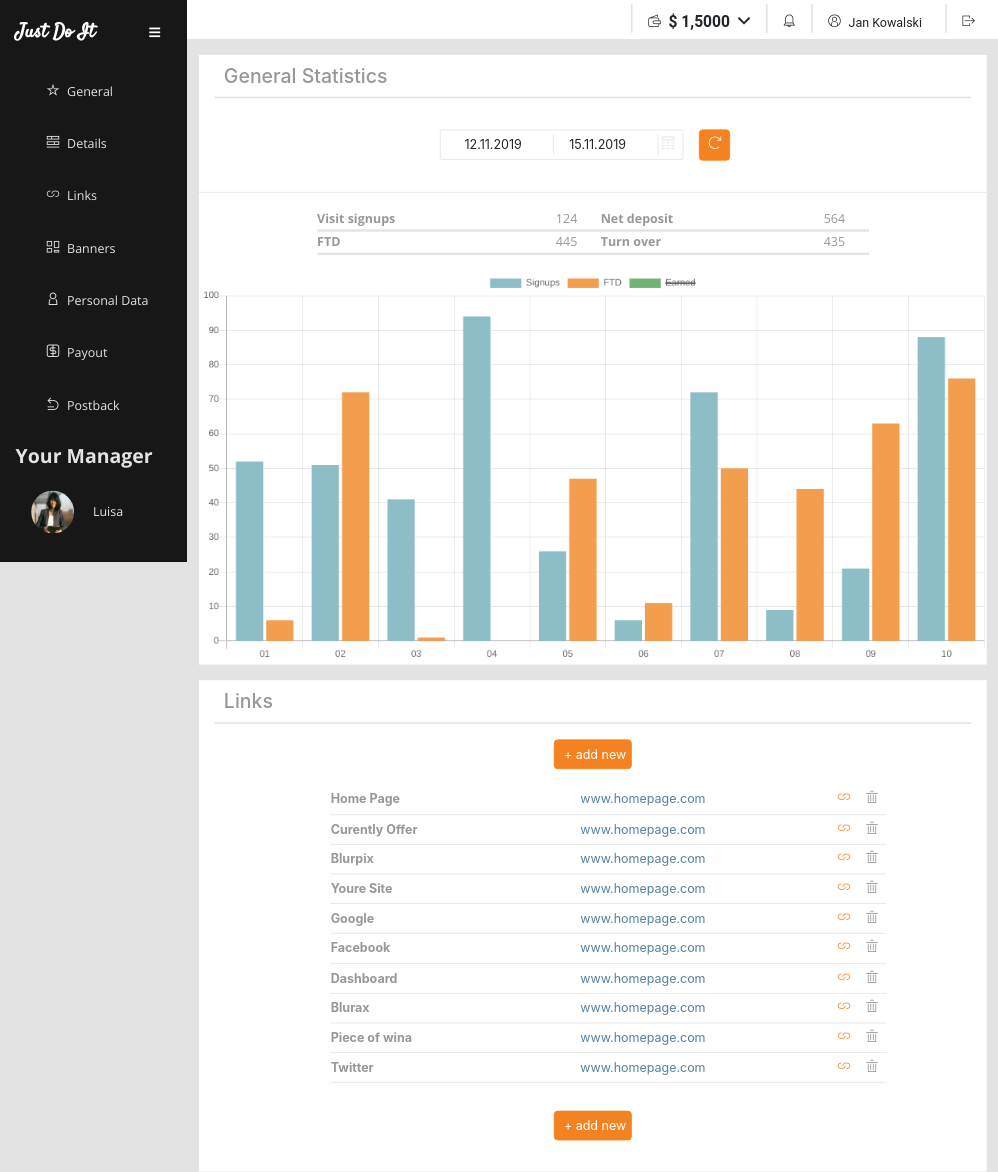
Repository: OllaWilk/wwwJustDoIt
Page: index.html
The author's editor kept a copy of each file at every save. The page is drawn from the files as they stood at one save, then again after the next save.
The browser window is 1280 px wide. The pictures show the whole page, at 78% of full size.
Some web libraries are served in a nearby version. The style sheet was rebuilt from its Sass, Less or Tailwind sources for each picture, by a compiler version that may differ from the author's.

Above is the page before, as saved 2019-12-25 15:40:08.

After the next save:
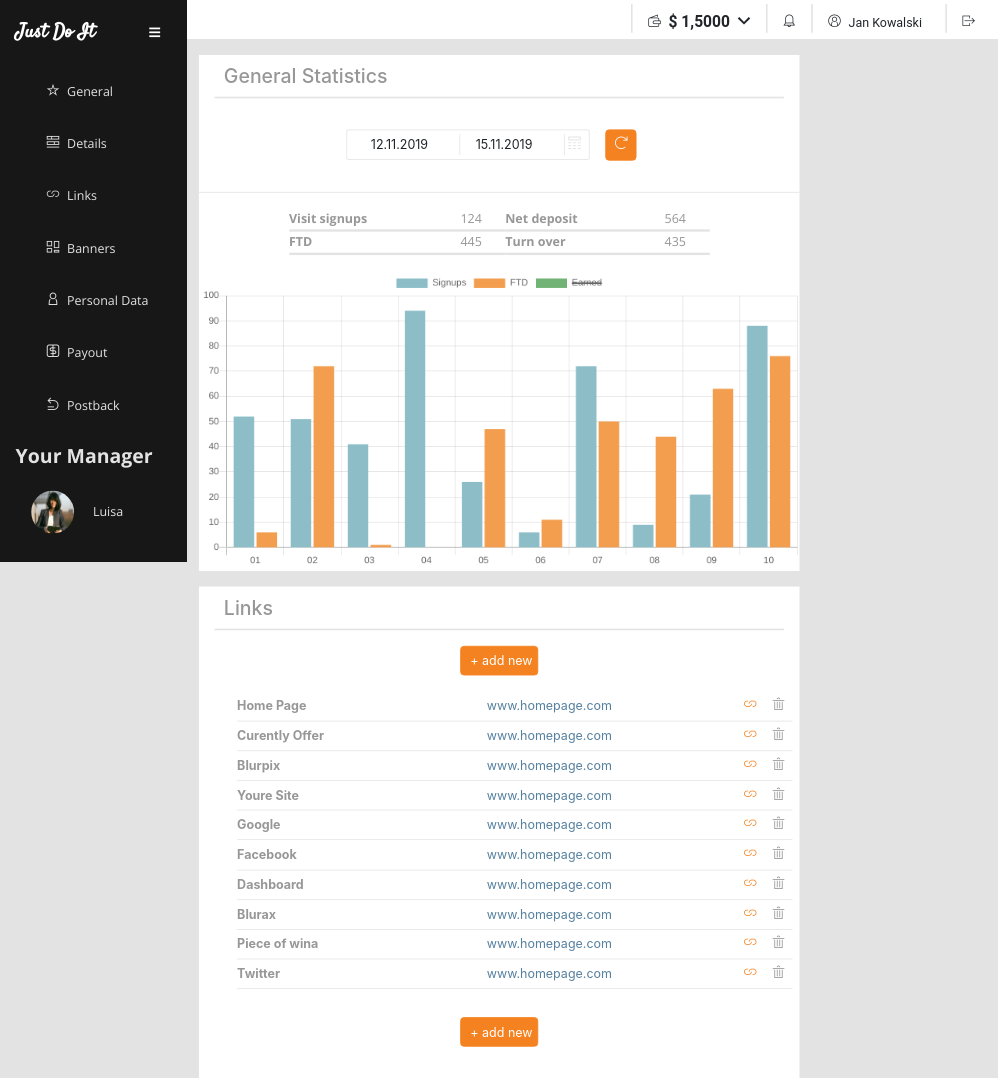
Saved 14 s later.
--- a/sass/_layout.scss
+++ b/sass/_layout.scss
@@ -25,6 +25,7 @@
 .section {
     background-color: $color-light;
     z-index: -1;
+    width: calc(100% - 240px);
 
     //width: 141%; //tu musi być 141% bo szerokość kontenera nie mogę zmienić
 }

After the save that followed:
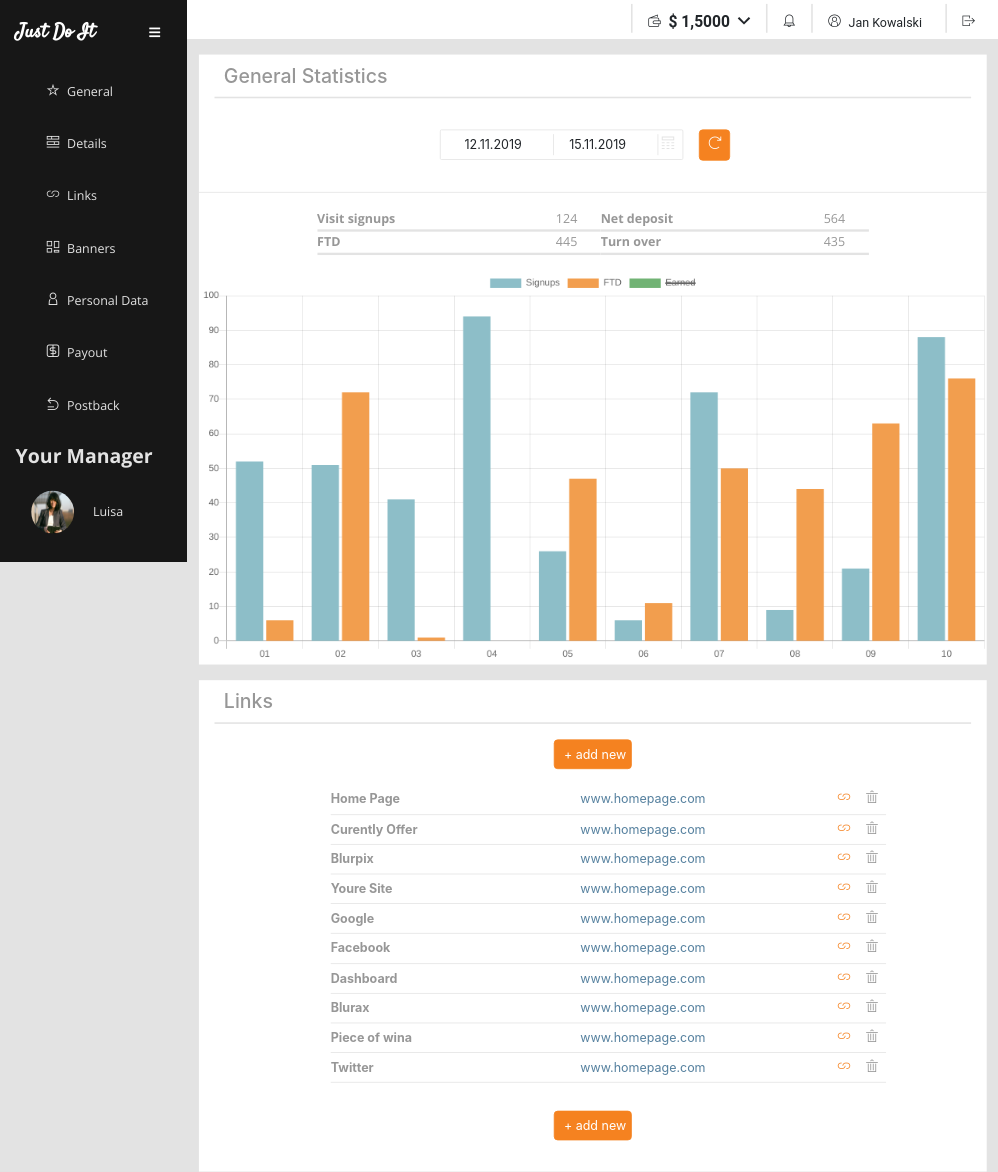
Saved 32 s later.
--- a/sass/_layout.scss
+++ b/sass/_layout.scss
@@ -20,12 +20,12 @@
     top: 70px;
     left: 240px;
     position: absolute;
+    z-index: -1;
 }
 
 .section {
     background-color: $color-light;
     z-index: -1;
-    width: calc(100% - 240px);
 
     //width: 141%; //tu musi być 141% bo szerokość kontenera nie mogę zmienić
 }
